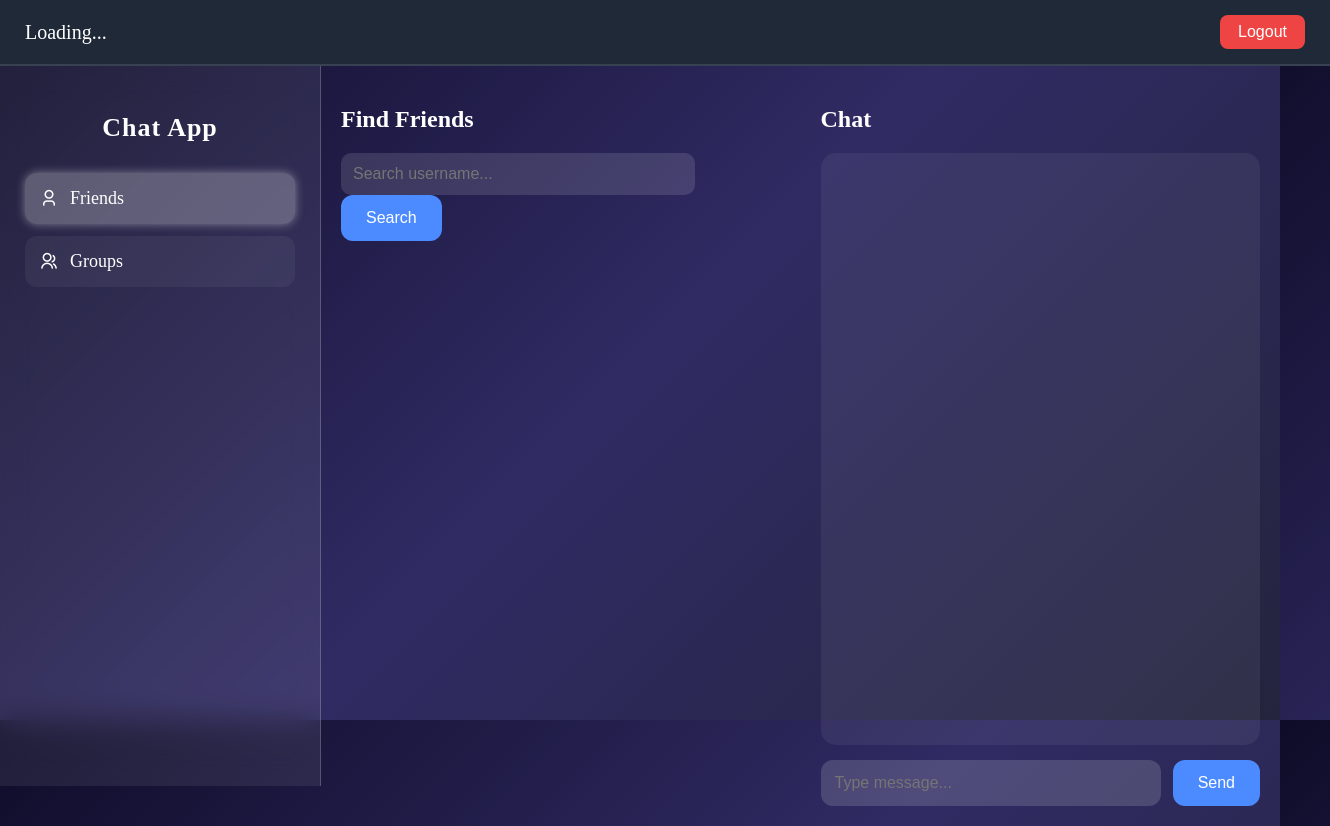
Repository: bharat132002/chat-app
Page: public/index.html
The author's editor kept a copy of each file at every save. The page is drawn from the files as they stood at one save, then again after the next save.
The browser window is 1280 px wide. The page is 1330 px wide, so the pictures cover 1330 px, including what lies to the right of the window. The pictures show the whole page.

Above is the page before, as saved 2025-12-02 18:53:13.

After the next save:
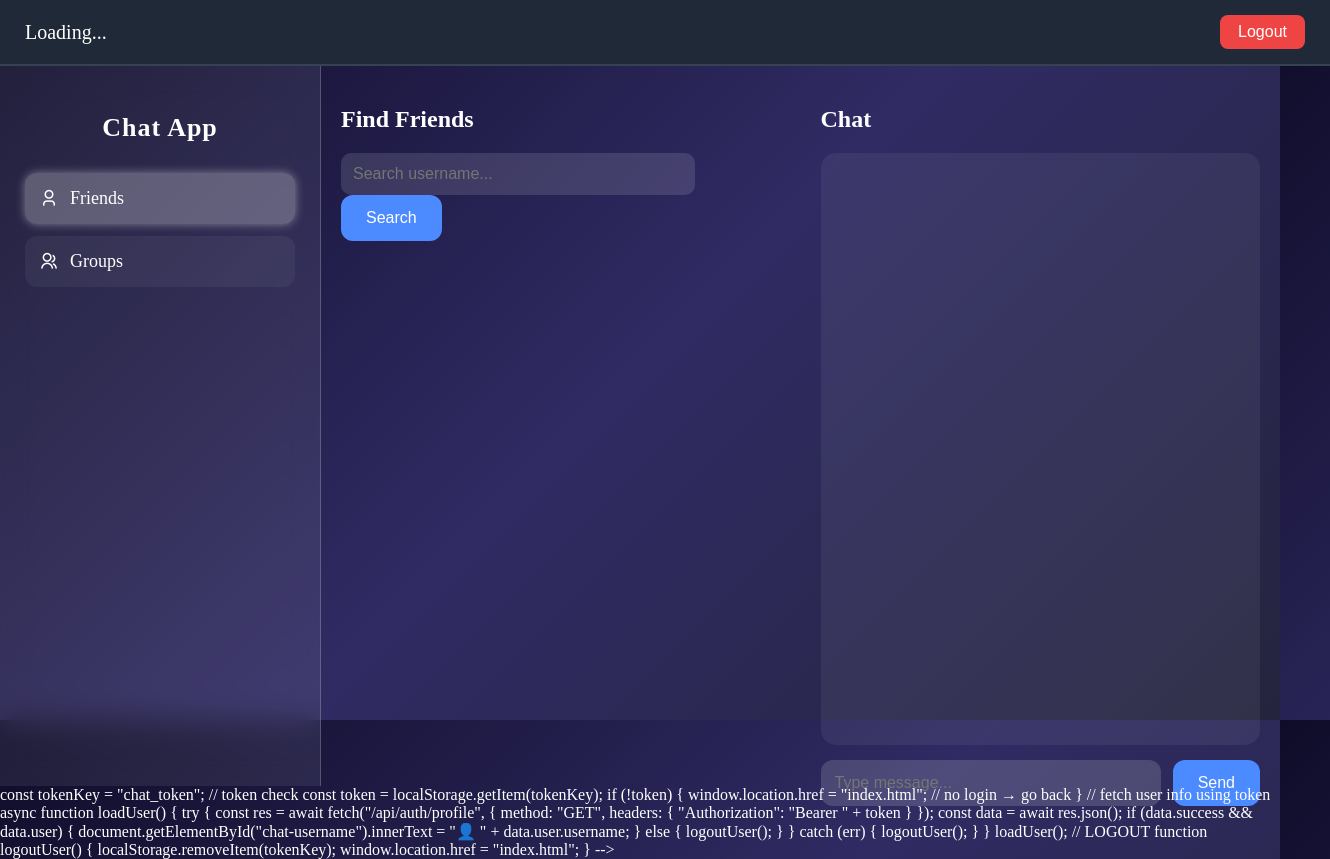
Saved 57 s later.
--- a/public/index.html
+++ b/public/index.html
@@ -297,7 +297,7 @@
         document.getElementById("msgInput").value = "";
     }
 </script>
-<!-- <script>
+
     const tokenKey = "chat_token";
 
     // token check

After the save that followed:
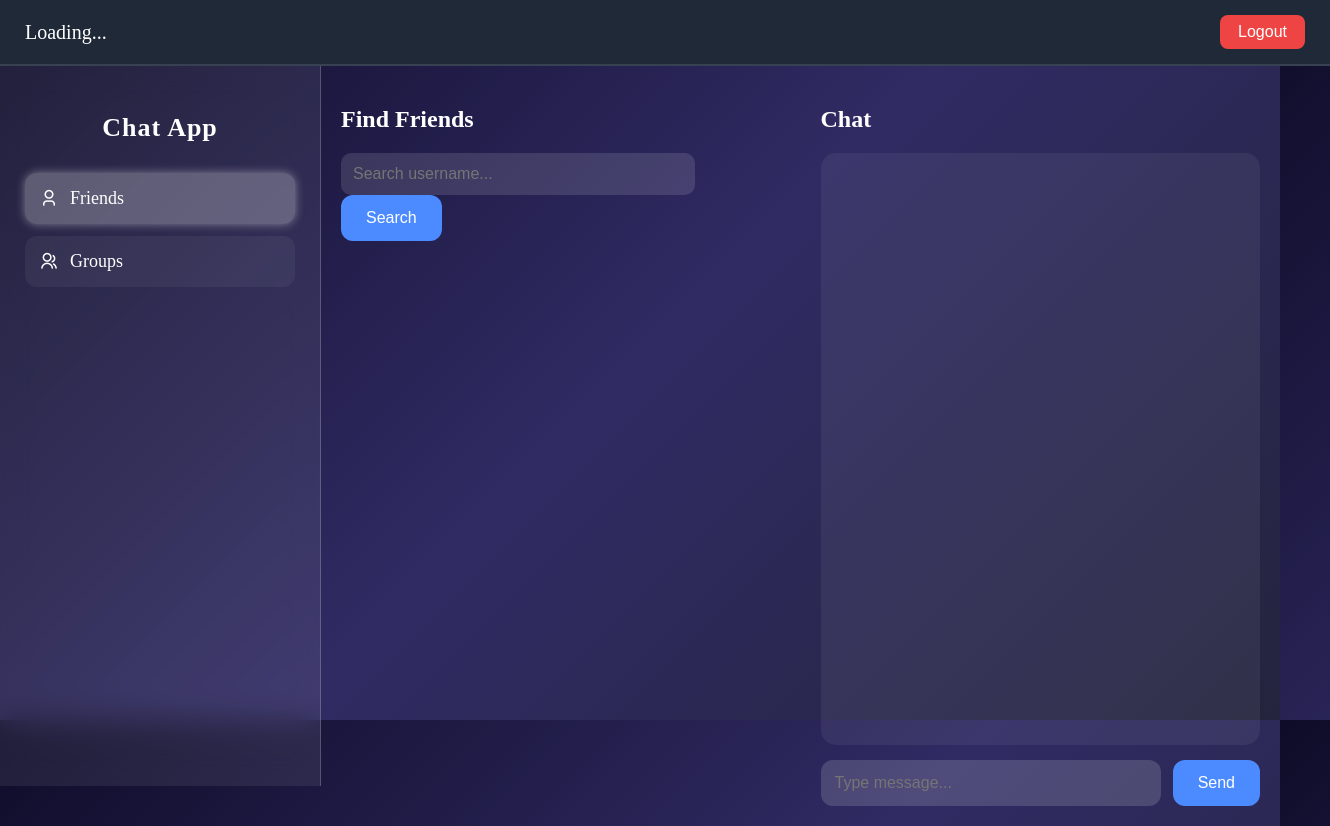
Saved 4 s later.
--- a/public/index.html
+++ b/public/index.html
@@ -297,7 +297,7 @@
         document.getElementById("msgInput").value = "";
     }
 </script>
-
+<!-- <script>
     const tokenKey = "chat_token";
 
     // token check
